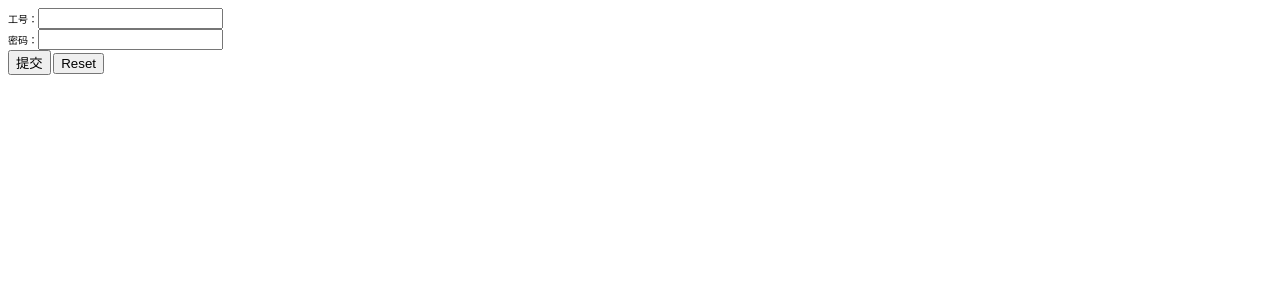
Repository: krzyty/OA_USST
Page: http://localhost/USSTOA/login.jsp
The author's editor kept a copy of each file at every save. The page is drawn from the files as they stood at one save, then again after the next save.
The browser window is 1280 px wide. The pictures show the whole page.
The page is served by Tomcat 9. Nobody is signed in. The application's start-up code is not run. Other server files are loaded and not shown.

Above is the page before, as saved 2017-06-29 03:30:30.

### USSTOA/WebContent/login.jsp
<%@ page language="java" contentType="text/html; charset=UTF-8"
	pageEncoding="UTF-8"%>
<!DOCTYPE html PUBLIC "-//W3C//DTD HTML 4.01 Transitional//EN" "http://www.w3.org/TR/html4/loose.dtd">
<html>
<head>
<meta http-equiv="Content-Type" content="text/html; charset=UTF-8">
<title>登录</title>
<link rel="stylesheet" href="/css/style.css">
</head>
<body>
<div id="body">
<form action="" method="post">
	工号：<input type="text" name="id" /><br/>
	密码：<input type="password" name="password" /><br/>
	<input type="submit" value="提交">
	<input type="reset"><br />
</form>
</div>
</body>
</html>

### USSTOA/WebContent/css/style.css
@CHARSET "UTF-8";

body {
	font-family: "Trebuchet MS", "Helvetica", "Arial", "Verdana",
		"sans-serif";
	font-size: 62.5%;
}

After the next save:
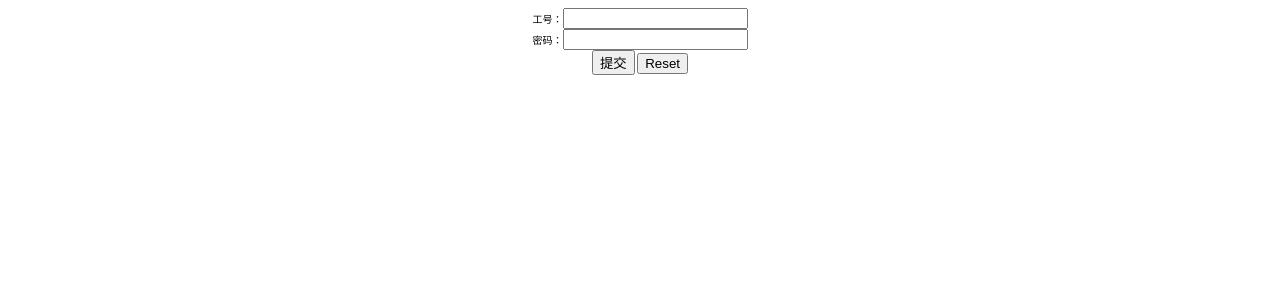
Saved 53 s later.
--- a/USSTOA/WebContent/login.jsp
+++ b/USSTOA/WebContent/login.jsp
@@ -8,7 +8,7 @@
 <link rel="stylesheet" href="/css/style.css">
 </head>
 <body>
-<div id="body">
+<div align="center">
 <form action="" method="post">
 	工号：<input type="text" name="id" /><br/>
 	密码：<input type="password" name="password" /><br/>
